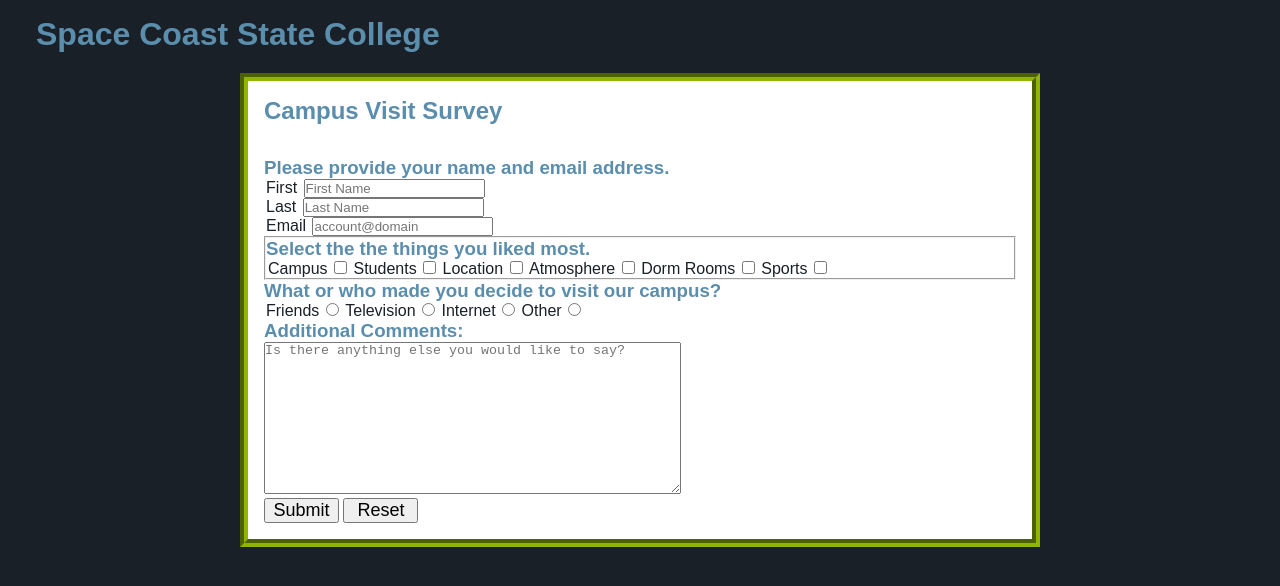
Repository: mlmEFSC21/P2-University-Form
Page: index.html
An editor plug-in stored every save of this project. The page is shown before and after the next save, followed by the edit.
The browser window is 1280 px wide. The pictures show the whole page.
Some web fonts or font styles are not loaded; a fallback is used.

Above is the page before, as saved 2022-01-29 19:53:40.

### index.html
<!DOCTYPE html>
<html lang="en">
    <head>
        <meta charset="UTF-8" />
        <meta http-equiv="X-UA-Compatible" content="IE=edge" />
        <meta name="viewport" content="width=device-width, initial-scale=1.0" />
        <title>University Form</title>
        <link rel="stylesheet" href="uniFormStyles.css" />
    </head>
    <body>
        <header>
            <h1>Space Coast State College</h1>
        </header>
        <main>
            <section class="flex">
                <h2>Campus Visit Survey</h2>
                <!-- REMEMBER TO CHANGE THIS TO A POST TO DEITEL!!!!!!!!!!-->
                <form action="results.html" method="GET">
                    <article class="info">
                        <h3>Please provide your name and email address.</h3>
                        <div>
                            <label for="fname">First</label>
                            <input
                                type="text"
                                id="fname"
                                name="fname"
                                required
                                placeholder="First Name"
                            />
                        </div>
                        <div>
                            <label for="lname">Last</label>
                            <input
                                type="text"
                                id="lname"
                                name="lname"
                                required
                                placeholder="Last Name"
                            />
                        </div>
                        <div>
                            <label for="email">Email</label>
                            <input
                                type="email"
                                id="email"
                                name="email"
                                required
                                placeholder="account@domain"
                            />
                        </div>
                    </article>
                    <fieldset class="favFeatures">
                        <h3>Select the the things you liked most.</h3>
                        <label for="campus">Campus</label>
                        <input type="checkbox" id="campus" name="campus" />
                        <label for="students">Students</label>
                        <input type="checkbox" id="students" name="students" />
                        <label for="location">Location</label>
                        <input type="checkbox" id="location" name="location" />
                        <label for="atmosphere">Atmosphere</label>
                        <input
                            type="checkbox"
                            id="atmosphere"
                            name="atmosphere"
                        />
                        <label for="dorms">Dorm Rooms</label>
                        <input type="checkbox" id="dorms" name="dorms" />
                        <label for="sports">Sports</label>
                        <input type="checkbox" id="sports" name="sports" />
                    </fieldset>
                    <article class="">
                        <h3>
                            What or who made you decide to visit our campus?
                        </h3>
                        <label for="friends">Friends</label>
                        <input
                            type="radio"
                            id="friends"
                            name="referred"
                            required
                        />
                        <label for="television">Television</label>
                        <input type="radio" id="television" name="referred" />
                        <label for="internet">Internet</label>
                        <input type="radio" id="internet" name="referred" />
                        <label for="other">Other</label>
                        <input type="radio" id="other" name="referred" />
                    </article>
                    <article>
                        <h3>Additional Comments:</h3>
                        <textarea
                            name="comments"
                            placeholder="Is there anything else you would like to say?"
                            rows="10"
                            cols="50"
                        ></textarea>
                    </article>
                    <button type="submit" class="submit">Submit</button>
                    <button type="reset" class="reset">Reset</button>
                </form>
            </section>
        </main>
    </body>
</html>

### uniFormStyles.css
@import url("https://fonts.googleapis.com/css2?family=Spectral:wght@400&display=swap");

:root {
    --clr-prime: #003c5e;
    --clr-second: #1a2028;
    --clr-accent: #8fb500;
    --clr-font-prime: #5b8ead;
    --clr-font-second: black;
}

*,
*::before,
*::after {
    margin: 0;
    padding: 0;
    box-sizing: border-box;
}
body {
    margin: 0 1.25em;
    padding: 1em;
    background-color: var(--clr-second);
    font-family: "Spectral", sans-serif;
    color: var(--clr-font-prime);
}
header {
    color: var(--clr-font-prime);
    margin-bottom: 1.25em;
}
.flex {
    display: flex;
    flex-direction: column;
    max-width: 800px;
    border: 8px groove var(--clr-accent);
    background-color: white;
    gap: 2rem;
    margin: auto;
    padding: 1rem;
}
input {
    accent-color: var(--clr-accent);
}
label {
    color: var(--clr-second);
    padding: 2px;
}
button {
    width: 75px;
    font-size: large;
    cursor: pointer;
}

After the next save:
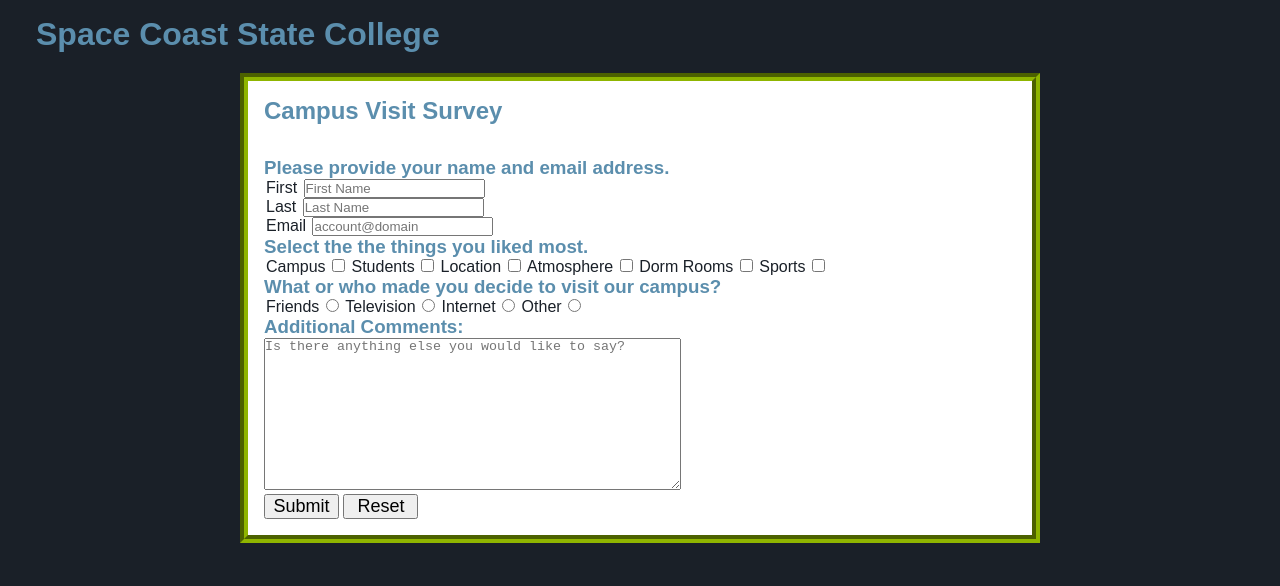
Saved 42 s later.
--- a/index.html
+++ b/index.html
@@ -49,7 +49,7 @@
                             />
                         </div>
                     </article>
-                    <fieldset class="favFeatures">
+                    <article class="favFeatures">
                         <h3>Select the the things you liked most.</h3>
                         <label for="campus">Campus</label>
                         <input type="checkbox" id="campus" name="campus" />
@@ -67,7 +67,7 @@
                         <input type="checkbox" id="dorms" name="dorms" />
                         <label for="sports">Sports</label>
                         <input type="checkbox" id="sports" name="sports" />
-                    </fieldset>
+                    </article>
                     <article class="">
                         <h3>
                             What or who made you decide to visit our campus?
